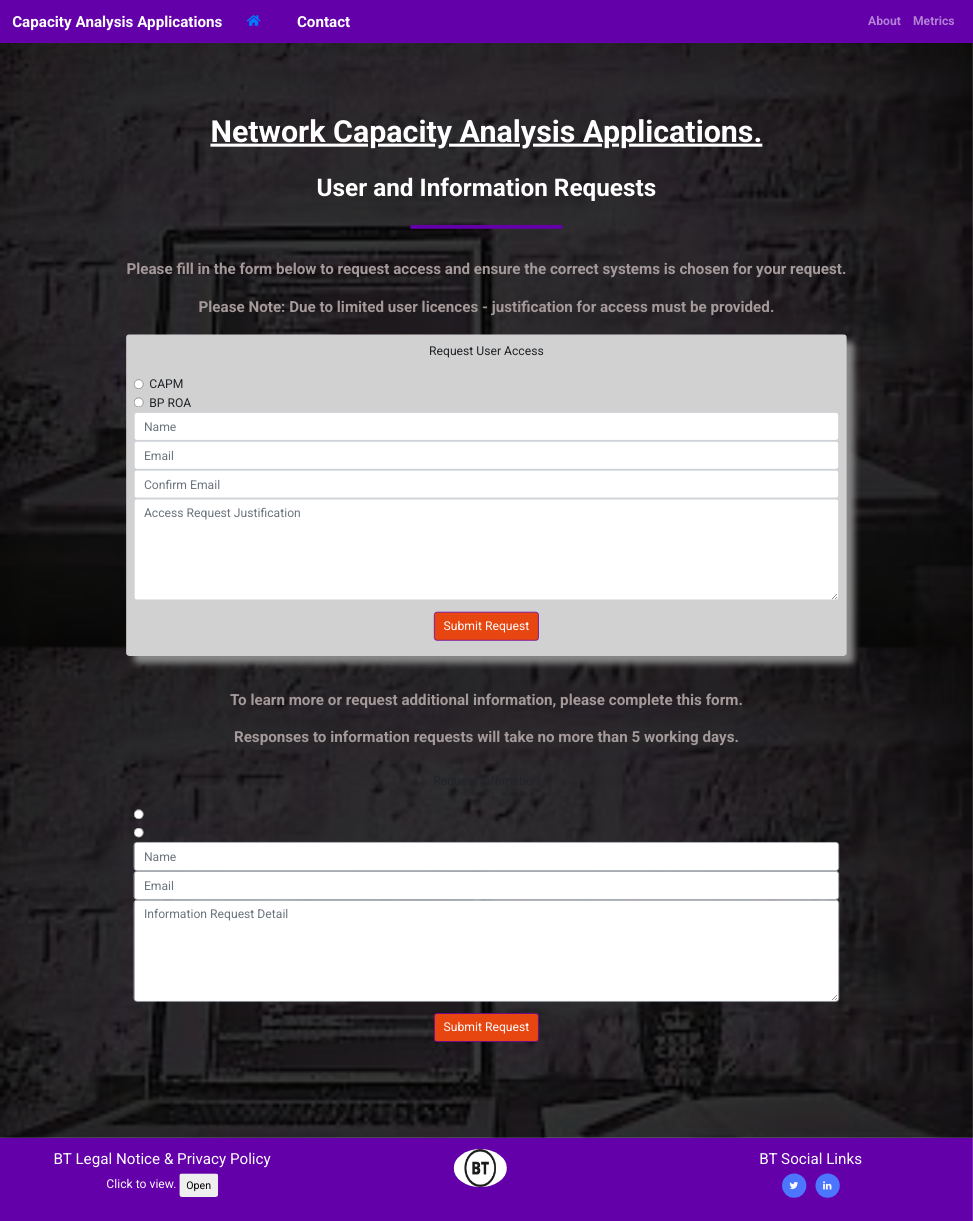
Repository: Mofarrell1967/Application-Manager
Page: contact.html
The author's editor kept a record of every edit. The page is drawn from the files as they stood at one moment, then again after the next edit.
The browser window is 1280 px wide. The pictures show the whole page, at 76% of full size.
Backgrounds fixed to the window are drawn as part of the page. Some web libraries are served in a nearby version.

Above is the page before.
Console error: TypeError: Cannot read properties of undefined (reading 'fn')

### contact.html
<!DOCTYPE html>
<html lang="en-us">

<head>
  <meta charset="utf-8">
  <meta name="viewport" content="width=device-width, initial-scale=1.0">
  <link rel="stylesheet" href="https://maxcdn.bootstrapcdn.com/bootstrap/4.1.3/css/bootstrap.min.css">
  <script src="//maxcdn.bootstrapcdn.com/bootstrap/4.1.1/js/bootstrap.min.js"></script>
  <script src="//cdnjs.cloudflare.com/ajax/libs/jquery/3.2.1/jquery.min.js"></script>
  <link rel="stylesheet" href="https://use.fontawesome.com/releases/v5.6.1/css/all.css" integrity="sha384-gfdkjb5BdAXd+lj+gudLWI+BXq4IuLW5IT+brZEZsLFm++aCMlF1V92rMkPaX4PP" crossorigin="anonymous">
  <link rel="stylesheet" href="https://stackpath.bootstrapcdn.com/font-awesome/4.7.0/css/font-awesome.min.css" type="text/css" />
  <link href="https://fonts.googleapis.com/css?family=Roboto:400,700" rel="stylesheet">
  <link rel="stylesheet" href="css/main.css" type="text/css" />
  <title>Application Manager</title>
</head>

<body>


  <!-- Nav Bar Start -->

  <nav class="navbar no-gutters fixed-top navbar-dark navbar-expand-sm">
    <a href="index.html" class="navbar-brand">Capacity Analysis Applications</a>
    <ul class="navbar-nav navbar-brand"></ul>
    <a href="index.html"><i class="fas fa-home"></i></a>
    <ul class="navbar-nav navbar-brand">
      <li class="nav-item ml-5">Contact</li>
    </ul>


    <button class="navbar-toggler ml-auto" type="button" data-toggle="collapse" data-target="#navbarNavDropdown" aria-controls="navbarNavDropdown" aria-expanded="false">
        <span class="navbar-toggler-icon"></span></button>

    <div class="collapse navbar-collapse" id="navbarNavDropdown">
      <ul class="navbar-nav ml-auto">
        <li class="nav-item"><a class="nav-link" href="about.html">About</a></li>
        <li class="nav-item"><a class="nav-link" href="metrics.html">Metrics</a></li>

      </ul>
    </div>
  </nav>

  <!-- Nav Bar End -->



  <!-- Jumbotron Start -->

  <div class="container-fluid callout-container">
    <div class="opaque-overlay">&nbsp;</div>

    <div class="row">
      <div class="col-12">
        <section class="callout jumbotron text-center">
          <h1 class="jumbotron-header">Network Capacity Analysis Applications.</h1>
          <h2 class="jumbotron-header">User and Information Requests</h2>
          <hr class="block-divider">



          <!-- Access Form Start -->

          <section class="container-fluid">
            <div class="row">
              <div class="col">
                <h6 class="lead">Please fill in the form below to request access and ensure the correct systems is chosen for your request.</h6>
                <h6 class="lead">Please Note: Due to limited user licences - justification for access must be provided.</h6>
              </div>
            </div>
            <div class="contact-form">
              <label class="radio">Request User Access</label>
              <div class="radio">
                <div class="form-check">
                  <input class="form-check-input" type="radio" name="gridRadios" id="gridRadios1" value="option1">
                  <label class="form-check-label" for="gridRadios1">
            CAPM
          </label>
                </div>
                <div class="form-check">
                  <input class="form-check-input" type="radio" name="gridRadios" id="gridRadios2" value="option2">
                  <label class="form-check-label" for="gridRadios2">
            BP ROA
          </label>
                </div>
                <form>
                  <input type="text" name="name" id="fullname" class="form-control" placeholder="Name" required />
                  <input type="email" name="email" id="emailaddress" class="form-control" placeholder="Email" required />
                  <input type="email" name="email" id="emailaddress-confirm" class="form-control" placeholder="Confirm Email" required />
                  <textarea rows="5" name="projectsummary" id="projectsummary" class="form-control" placeholder="Access Request Justification" required></textarea>
                  <div class="form-row text-center">
                    <div class="col">
                      <button name="button" type="submit" class="btn">Submit Request</button>
                    </div>
                  </div>
                </form>
              </div>
            </div>
          </section>

          <!-- Access Form End -->



          <!-- Information Request Form Start -->

          <section class="container-fluid">

            <div class="row">
              <div class="col">
                <h6 class="lead">To learn more or request additional information, please complete this form.</h6>
                <h6 class="lead">Responses to information requests will take no more than 5 working days.</h6>
              </div>
            </div>
            <div class="form-color">
              <label class="radio">Request Infomation</label>
              <div class="radio">
                <div class="form-check">
                  <input class="form-check-input" type="radio" name="gridRadios" id="gridRadios3" value="option1">
                  <label class="form-check-label" for="gridRadios3">
            CA PM
          </label>
                </div>
                <div class="form-check">
                  <input class="form-check-input" type="radio" name="gridRadios" id="gridRadios4" value="option2">
                  <label class="form-check-label" for="gridRadios4">
            BP ROA
          </label>
                </div>
                <form>
                  <input type="text" name="name" id="name" class="form-control" placeholder="Name" required />
                  <input type="email" name="email" id="emailaddress1" class="form-control" placeholder="Email" required />
                  <textarea rows="5" name="info" id="info" class="form-control" placeholder="Information Request Detail" required></textarea>
                  <div class="form-row text-center">
                    <div class="col">
                      <button type="submit" class="btn">Submit Request</button>
                    </div>
                  </div>
                </form>
              </div>
            </div>

          </section>


          <!-- Information Request Form End -->


        </section>
      </div>
    </div>
  </div>

  <!-- Jumbotron End -->



  <!-- Footer Modal Start -->


  <div class="modal" tabindex="-1" role="dialog" id="PPModal">
    <div class="modal-dialog modal-dialog-scrollable">
      <div class="modal-content">
        <div class="modal-header">
          <h5 class="modal-title">Legal Notice & Privacy Policy</h5>
          <button type="button" class="close" data-dismiss="modal" aria-label="Close">
          <span aria-hidden="true">&times;</span>
        </button>
        </div>
        <div class="modal-body">
          <h3>General Disclaimer</h3>

          <p>BT has taken every effort to ensure the content accuracy of website, but neither BT nor its contractors accept responsibility for any errors or omissions in such content.</p>
          <p>Neither BT nor any third party who provides content to this website shall liable in respect of the content or its accuracy. You, the User, access the site and use the content, products and services at your own risk.</p>
          <p>BT disclaims all responsibility and liability of any description including liability for negligence, incidental or consequential damages and or loss (to include loss of profits, loss of use or loss of data) suffered by any person acting or refraining
            from acting as a result of or in connection with material on this website to include any reliance placed by such person on such material, or the viewing , use or performance of this website or its contents, whether with the required authority
            or otherwise.
            <p>BT may at any time revise, amend, alter or delete this information without liability.</p>
            <p>This website is governed, interpreted and construed in accordance with the law in the Republic of Ireland, whose courts have exclusive jurisdiction over any disputes or actions arising on this website</p>
            <h3>ComReg Code for Tariff Presentation</h3>
            <p>BT is required to adhere to the principles set out in the ComReg Code for Tariff Presentation. This Code requires the presentation of accurate and comprehensive tariff information that is accessible to the consumer. BT complies with the Code,
              a full copy of which can be accessed on the ComReg website.</p>
            <h3>Privacy Notice</h3>
            <h4>Who is BT?</h4>
            <p> BT Communications Ireland Limited (‘BT’) is a wholly owned subsidiary of BT Group plc, and a fully integrated division of BT Major and Public Sector. BT Communications Ireland Limited, trading as BT or BT Ireland, is registered in Ireland
              under number company registration number 141524 and its registered address is BT, Grand Canal Plaza, Upper Grand Canal Street, Dublin 4, Republic of Ireland, Tel: +353 1 432 5000 Freephone: 1800 923 222</p>
            <h4>Why does BT have a Privacy Notice?</h4>
            <p>At BT, we take privacy very seriously. Protecting your information and respecting your privacy is fundamental to the way we do things. If you want to know more about how we collect and use your personal information in different situations,
              have a look at the dedicated sections of the Privacy Centre here www.btplc.com/privacycentre/index.htm</p>
            <p>Please read the policies in the Privacy Centre along with the terms and conditions of any particular service you’re using. We may change the policies in our Privacy Centre from time to time. We’ll publish any new policies on our Privacy Centre,
              any other relevant websites and our terms and conditions (if applicable).By visiting and browsing our website and using our services you indicate your agreement to our use of your personal information as set out in this Privacy Policy. We
              may change our privacy policy from time to time.</p>
            <h4>What is not covered by the Privacy notice?</h4>
            <p>Third party sites, applications and social media, including products and services that you can link to from our websites aren’t covered by the policies in our Privacy Centre, so we urge you to be careful when you enter any personal information
              online or use applications and social media features. You should review the privacy policy of such sites before providing your personal information. As we don’t control those third party sites and their practices, we don’t accept any responsibility
              or liability for these sites.</p>
            <h4>What about when I visit your websites?</h4>
            <p>For details about information we collect when you visit our websites and the cookies we use please click the link here http://www.btplc.com/privacycentre/Onlineprivacy/index.htm.</p>
            <h4>How can I find out what personal information BT holds about me and change it if inaccurate?</h4>
            <p>If you want a copy of your billing information, log on to your MyBT online account or you can contact BT Ireland by phone, at Tel: 1800 924 929 or at the addresses listed below. BT Ireland, 2 Grand Canal Plaza, Upper Grand Canal Street, Dublin
              4.Alternatively you can contact us through our online Customer Enquiry form. (You must be the account holder to ask for this information.) If you want to see what contact information we hold about you, you can also log in to your account.
              It’s quick and simple to access it this way. You can also ask us for a copy of the information we hold about you using our online form here. Or write to us at BT to the Data Protection Manager, BT Ireland, 2 Grand Canal Plaza, Upper Grand
              Canal Street, Dublin 4. If you work for one of our corporate customers, please ask your employer – they’ll ask for this on your behalf. It will normally take us up to one month to get back to you but could take longer (up to a further two
              months) if it’s a complicated request or we get a lot of requests at once. We’ll reply electronically unless you ask us to send the information by post.</p>
        </div>
        <button type="button" class="btn btn-danger" data-dismiss="modal">Close</button>
      </div>
    </div>
  </div>



  <!-- Footer Modal End -->



  <!-- Page Footer Start -->


  <footer class="container-fluid footer text-center">

    <div class="row">
      <div class="col-sm-4">
        <h5 class="uppercase">BT Legal Notice & Privacy Policy</h5>
        <p class="inline-block">
          Click to view.
          <button class="btn btn-sm" data-toggle="modal" data-target="#PPModal">Open</button></p>
      </div>
      <div class="d-none d-sm-block col-sm-4">
        <a target="_blank" href="https://btireland.com/"><img src="images/bt.jpg" class="rounded-circle mr-3" height=50 width=70 alt="No Image available/"></a>
      </div>
      <div class="col-sm-4">
        <h5 class="uppercase">BT Social Links</h5>
        <ul class="list-inline sm-links">
          <li class="list-inline-item">
            <a target="_blank" href="https://twitter.com/btinireland">
                            <i class="fa fa-twitter" aria-hidden="true"></i>
                            <span class="sr-only">Twitter</span></a>
          </li>
          <li class="list-inline-item">
            <a target="_blank" href="https://www.linkedin.com/company/bt-ireland">
                            <i class="fa fa-linkedin" aria-hidden="true"></i>
                            <span class="sr-only">LinkedIn</span> </a>
          </li>
        </ul>
      </div>
    </div>
  </footer>

  <!-- Page Footer End -->


  <!-- Script Start -->

  <script src="https://code.jquery.com/jquery-3.3.1.slim.min.js" integrity="sha384-q8i/X+965DzO0rT7abK41JStQIAqVgRVzpbzo5smXKp4YfRvH+8abtTE1Pi6jizo" crossorigin="anonymous"></script>
  <script src="https://cdnjs.cloudflare.com/ajax/libs/popper.js/1.14.3/umd/popper.min.js" integrity="sha384-ZMP7rVo3mIykV+2+9J3UJ46jBk0WLaUAdn689aCwoqbBJiSnjAK/l8WvCWPIPm49" crossorigin="anonymous"></script>
  <script src="https://stackpath.bootstrapcdn.com/bootstrap/4.1.3/js/bootstrap.min.js" integrity="sha384-ChfqqxuZUCnJSK3+MXmPNIyE6ZbWh2IMqE241rYiqJxyMiZ6OW/JmZQ5stwEULTy" crossorigin="anonymous"></script>

  <!-- Script End -->

</body>

</html>

### css/main.css
body {
    font-family: 'Roboto', sans-serif;
}

h5 {
    color:  #6400aa;
}


/* -------------------- Navbar -------------------- */


.navbar {
    margin-bottom: 0;
    background-color: #6400aa;
    width: 100%;
    border: 0;
}

.navbar .navbar-toggler {
    border: 0;
}

.navbar .navbar-brand {
    font-weight: bold;
}

.navbar .navbar-nav a {
    font-weight: bold;
}

.navbar-nav {
    float: right;
}

/* -------------------- Main Page & Jumbotron -- idea and format borrowed from Whiskey Drop and edited to suit -------------------- */


.callout-container {
    height: 100%;
    background: url('../images/bkgd.jpg') no-repeat bottom right fixed;
    -webkit-background-size: cover;
    -moz-background-size: cover;
    -o-background-size: cover;
    background-size: cover;
    display: flex;
    align-items: center;
    justify-content: center;
    position: relative;
}

.opaque-overlay {
    position: absolute;
    top: 0;
    left: 0;
    height: 100%;
    width: 100%;
    background-color: rgba(0, 0, 0, 0.5);
}

.jumbotron {
    background-color: transparent;
    padding-top: 150px;

}

.jumbotron h1 {
    color: white;
    font-weight: bold;
    margin-bottom: 30px;
    text-decoration: underline;
}

.jumbotron h2 {
    color: white;
    font-weight: bold;
    margin-bottom: 30px;
    margin-top: 30px;
}

.jumbotron .lead {
    color:  #a59a9a;
    font-weight: bold;
    margin: 25px 0;
}

.jumbotron .main {
    color: #a59a9a;
    margin: 25px 0;
}

.jumbotron .status {
    color: #C4CC97;
    margin: 25px 0;
    font-weight: bold;
    font-size: 30px;
}


/* -------------------- Dividers -------------------- */


.block-divider {
    width: 200px;
    height: 5px;
    border: 0;
    background-color: #6400aa;
}

/* -------------------- Latest News Section -------------------- */


ul.timeline {
    list-style-type: none;
    position: relative;
}

ul.timeline:before {
    content: ' ';
    background: #d4d9df;
    display: inline-block;
    position: absolute;
    left: 29px;
    width: 2px;
    height: 100%;
    z-index: 400;
    box-shadow: 10px 10px 8px #888888;
}

ul.timeline > li {
    margin: 20px 5px;
    padding-left: 20px;
}

ul.timeline > li:before {
    content: ' ';
    background: #000;
    display: inline-block;
    position: absolute;
    border-radius: 50%;
    border: 3px solid #22c0e8;
    left: 20px;
    width: 20px;
    height: 20px;
    z-index: 400;
}

.timeline {
    background-color: transparent;
    color: #fff;
}

.nheaders {
    color: #22c0e8;
    font-weight: bold;
}

.news {
    padding-top: 170px;
}

/* -------------------- Gallery Section -------------------- */


.gallery {
    padding-top: 130px;
}

.image-labels {
    color: white;
    margin: 10px;
}

/* -------------------- Footer -- SM styles borrowed from CV site and edited to suit -------------------- */


footer {
    background-color: #6400aa;
    color: #fafafa;
    min-height: 100px;
    margin: 0;
    padding: 15px;
}

.sm-links {
    padding-bottom: 0px;
}

.sm-links li a i {
    width: 32px;
    height: 32px;
    padding: 12px 0;
    border-radius: 50%;
    font-size: 13px;
    line-height: 7px;
    text-align: center;
    color: #fafafa;
    background-color: #4D76FF;
    transition: all 0.35s ease-in-out;
    -moz-transition: all 0.35s ease-in-out;
    -webkit-transition: all 0.35s ease-in-out;
    -o-transition: all 0.35s ease-in-out;
}

.sm-links li a i:hover {
    background: #e84610;
}

.uppercase {
    color: #fff;
}

/* -------------------- Contact HTML Styles -------------------- */


 button[type="submit"] {
    margin-top: 15px;
    margin-bottom: 20px;
    color: #fafafa;
    background-color: #e84610;
    border-color: #6400aa;
}

.contact-form {
    background-color: #d1d1d1;
    border-radius: .25rem;
    box-shadow: 10px 10px 8px #888888;
    margin-bottom: 20px;
}

.radio {
    text-align: left;
    margin: 10px;
}

/* -------------------- About HTML Styles -------------------- */


.about-header {
    margin: 15px;
    padding-top: 10px;
    color: #a59a9a;
    font-weight: bold;
}

.about-sm {
    text-align: left;
    margin: 10px;
}

.about-form {
    background-color: white;
    border-radius: .25rem;
    box-shadow: 10px 10px 8px #888888;
    margin-bottom: 20px;
}

.data-scroll {
    height: 300px;
    overflow-y: scroll;
}

.border {
    border: solid;
    margin: 30px;
    padding: 10px;
    border-radius: .25rem;
    box-shadow: 10px 10px 8px #888888;

}

/* -------------------- Metrics HTML Styles -------------------- */


.metrics-header {
    margin: 15px;
    padding-top: 10px;
    color: #a59a9a;
    font-weight: bold;
}

.metrics-form {
    background-color: white;
    border-radius: .25rem;
    box-shadow: 10px 10px 8px #888888;
    margin-bottom: 20px;
}

.dropdown-menu {
    background-color: #000;
    box-shadow: 10px 10px 8px #888888;
}

.dropdown-item {
     color: #fff;
}

After the next edit:
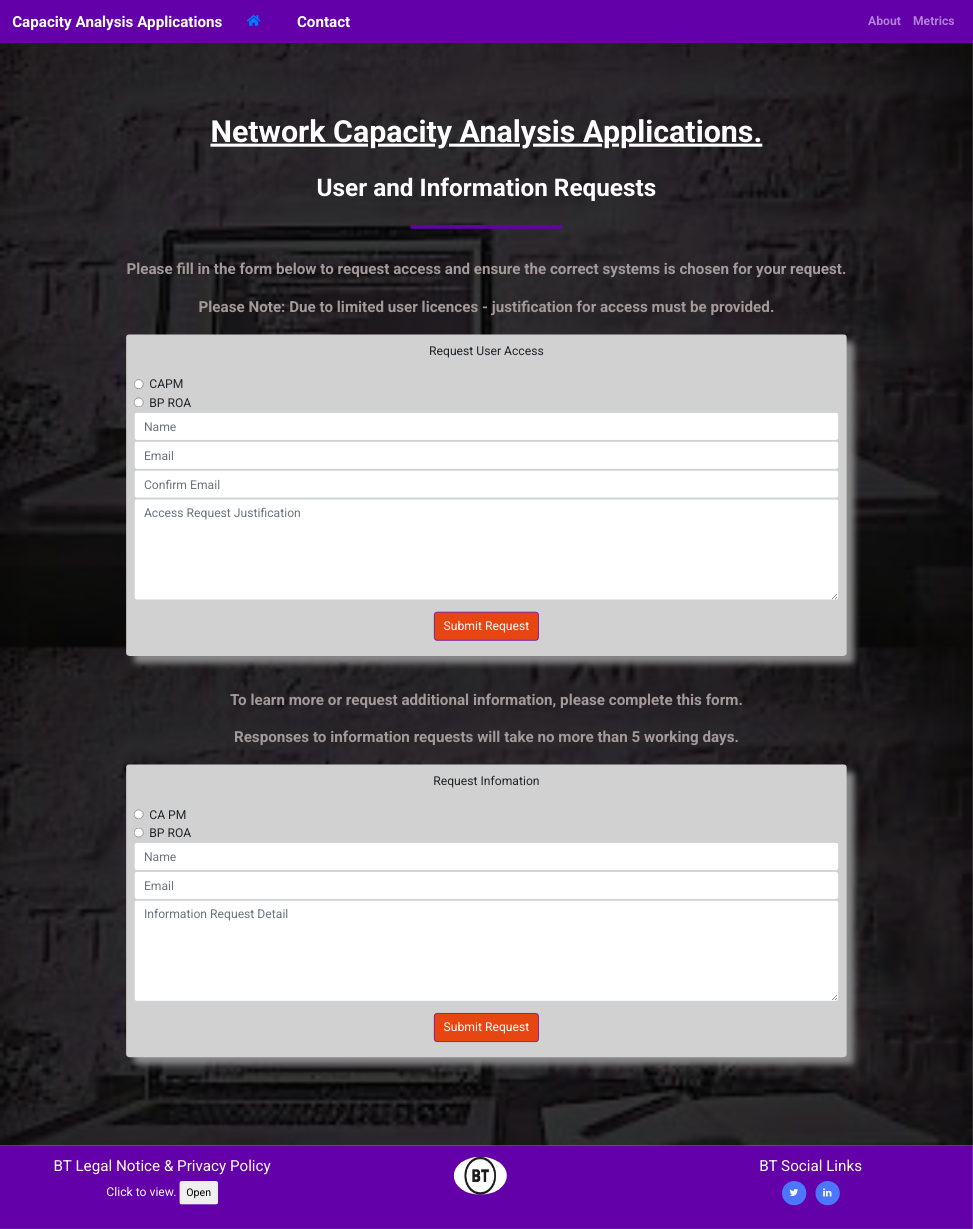
The edit:
--- a/contact.html
+++ b/contact.html
@@ -111,7 +111,7 @@
                 <h6 class="lead">Responses to information requests will take no more than 5 working days.</h6>
               </div>
             </div>
-            <div class="form-color">
+            <div class="contact-form">
               <label class="radio">Request Infomation</label>
               <div class="radio">
                 <div class="form-check">
